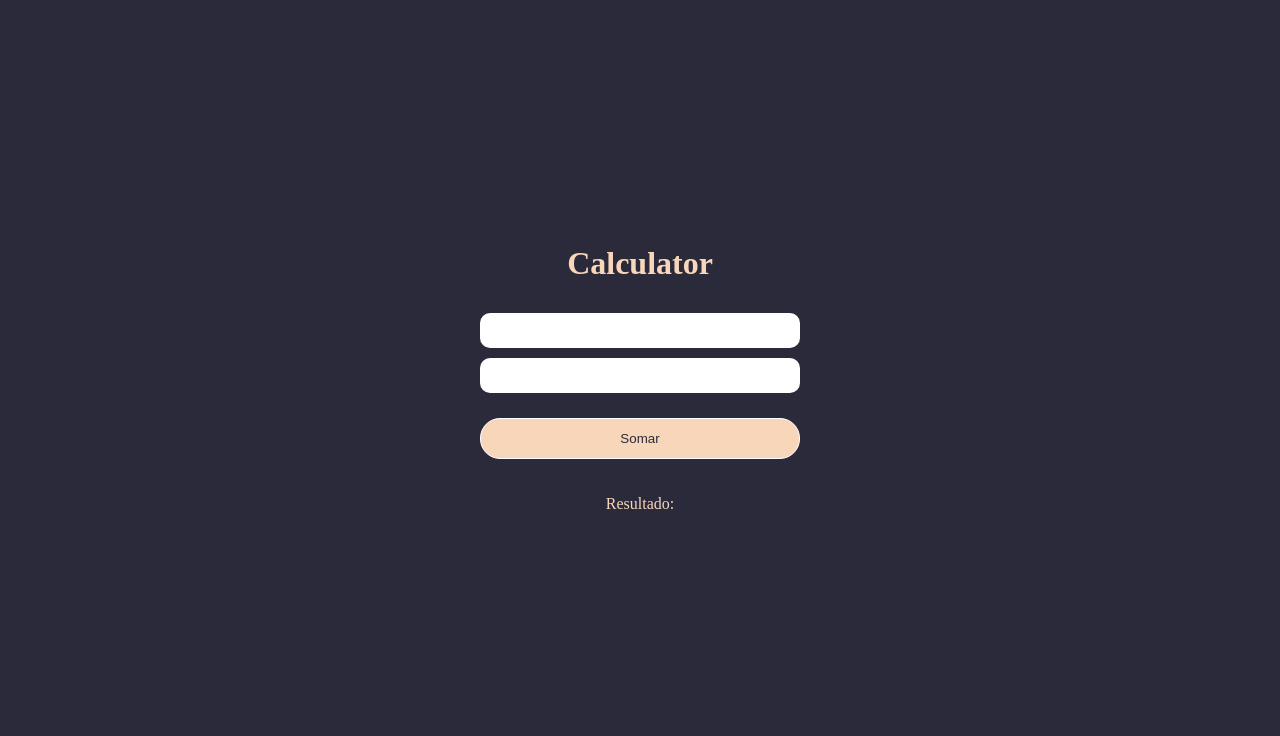
Repository: MilenaMelo/test-calculator-selenium
Page: calculadora.html
These files come from the project's save history. The page is drawn as it stood at one moment and after the next save; the edit follows.
The browser window is 1280 px wide. The pictures show the whole page.

Above is the page before, as saved 2021-04-29 17:04:03.

After the next save:
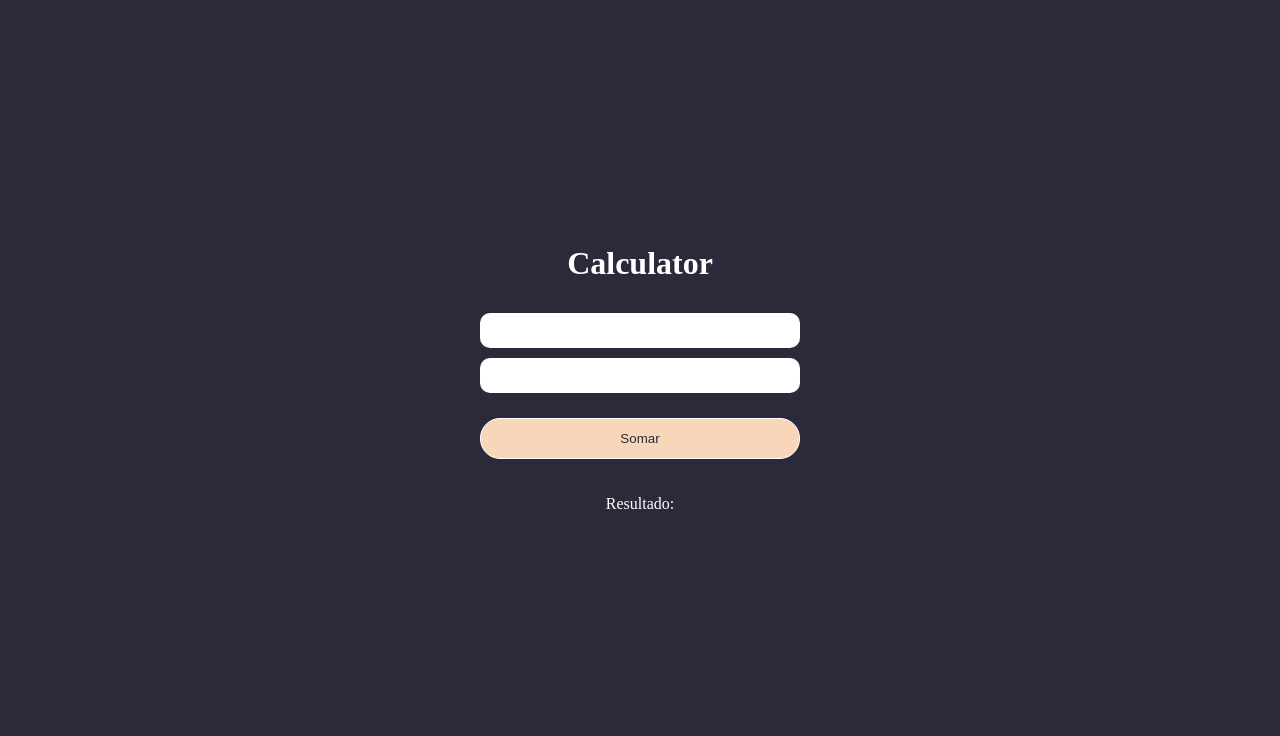
Saved 7 s later.
--- a/style.css
+++ b/style.css
@@ -6,7 +6,7 @@ body {
     text-align: center;
     background-color: #2B2A3A;
     font-family: 'Times New Roman', Times, serif;
-    color: #F8D6BA;
+    color: #ffffff;
 }
 
 input {
